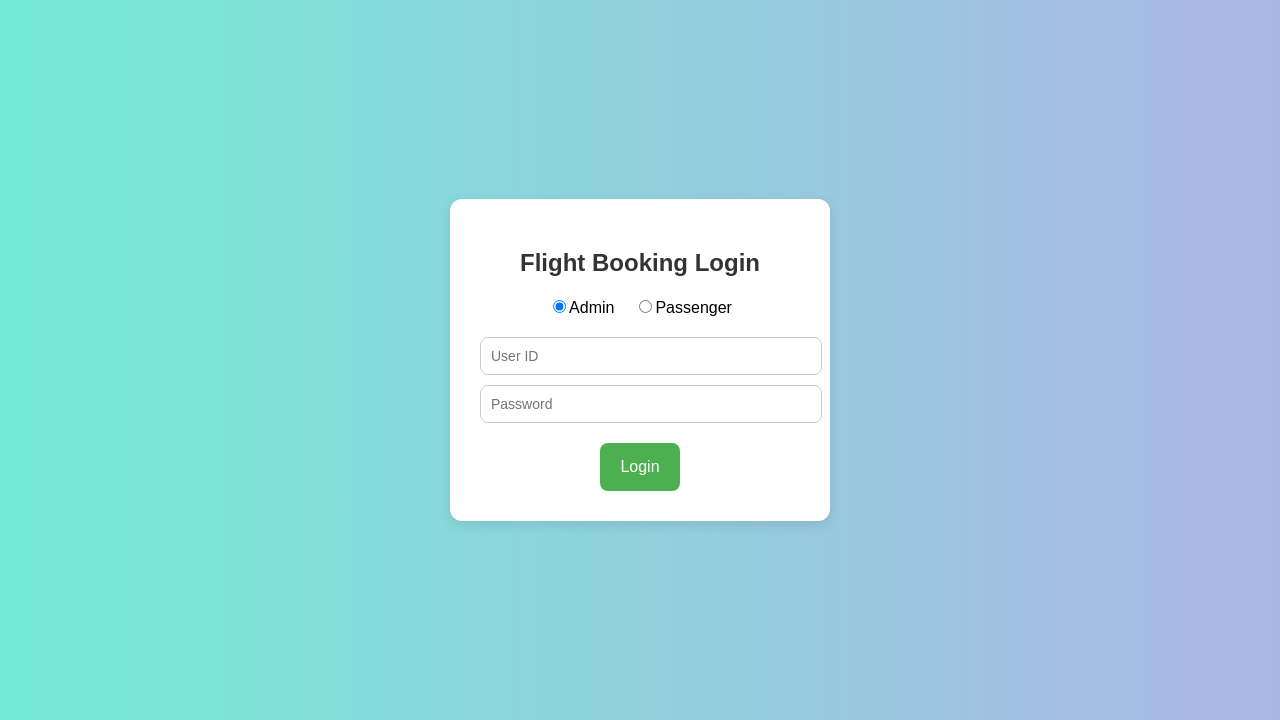
Repository: Shenes35/Booking-system
Page: / (app in frontend/)
The author's editor kept a copy of each file at every save. The page is drawn from the files as they stood at one save, then again after the next save.
The browser window is 1280 px wide. The pictures show the whole page.
The project was rebuilt for these pictures with package versions that can differ from the ones it lists, and the page was loaded fresh each time.

Above is the page before, as saved 2025-05-19 10:46:37.

### frontend/src/index.js
import React from 'react';
import ReactDOM from 'react-dom/client';
import './index.css';
import App from './App.jsx';       // ONLY one import of App
import reportWebVitals from './reportWebVitals';

const root = ReactDOM.createRoot(document.getElementById('root'));
root.render(
  <React.StrictMode>
    <App />
  </React.StrictMode>
);

reportWebVitals();

### frontend/src/App.jsx
import React, { useState } from 'react';
import LoginPage from './components/LoginPage';

const App = () => {
  const [userRole, setUserRole] = useState(null);

  if (!userRole) {
    return <LoginPage setUserRole={setUserRole} />;
  }

  return (
    <div>
      <h1>Welcome, {userRole}!</h1>
      {/* Add more UI or navigation here */}
    </div>
  );
};

export default App;

### frontend/src/components/LoginPage.jsx
import React, { useState } from 'react';

const LoginPage = ({ setUserRole }) => {
  const [role, setRole] = useState('admin');
  const [userId, setUserId] = useState('');
  const [password, setPassword] = useState('');

  const handleSubmit = (e) => {
    e.preventDefault();
    if (!userId || !password) {
      alert('Please enter User ID and Password');
      return;
    }
    setUserRole(role);
  };

  return (
    <div style={styles.container}>
      <div style={styles.card}>
        <h2 style={styles.title}>Flight Booking Login</h2>
        <form onSubmit={handleSubmit}>
            <div style={styles.roleSelection}>
            <label style={styles.radioLabel}>
                <input type="radio" value="admin" checked={role === 'admin'} onChange={() => setRole('admin')} />
                Admin
            </label>
            <label style={styles.radioLabel}>
                <input type="radio" value="passenger" checked={role === 'passenger'} onChange={() => setRole('passenger')} />
                Passenger
            </label>
            </div>
            <input
                type="text"
                placeholder="User ID"
                value={userId}
                onChange={(e) => setUserId(e.target.value)}
                style={styles.input}
            />
            <input
                type="password"
                placeholder="Password"
                value={password}
                onChange={(e) => setPassword(e.target.value)}
                style={styles.input}
            />
            <button type="submit" style={styles.button}>Login</button>
        </form>
        </div>
    </div>
  );
};
const styles = {
  container: {
    display: 'flex',
    justifyContent: 'center',
    alignItems: 'center',
    height: '100vh',
    background: 'linear-gradient(to right, #74ebd5, #ACB6E5)',
    fontFamily: 'Arial, sans-serif',
  },
  card: {
    padding: '30px',
    borderRadius: '12px',
    backgroundColor: '#ffffff',
    boxShadow: '0 4px 12px rgba(0, 0, 0, 0.1)',
    minWidth: '320px',
    textAlign: 'center',
  },
  title: {
    marginBottom: '20px',
    color: '#333',
  },
  roleSelection: {
    display: 'flex',
    justifyContent: 'center',
    gap: '20px',
    marginBottom: '20px',
  },
  radioLabel: {
    fontSize: '16px',
  },
  input: {
    display: 'block',
    width: '100%',
    padding: '10px',
    margin: '10px 0',
    border: '1px solid #ccc',
    borderRadius: '8px',
    fontSize: '14px',
  },
  button: {
    backgroundColor: '#4CAF50',
    color: '#ffff',
    padding: '15px 20px',
    border: 'none',
    borderRadius: '8px',
    cursor: 'pointer',
    fontSize: '16px',
    marginTop: '10px',
  },
};

export default LoginPage;

Loaded but not shown: frontend/public/index.html (common file); frontend/src/index.css (common file); frontend/src/reportWebVitals.js (common file)

After the next save:
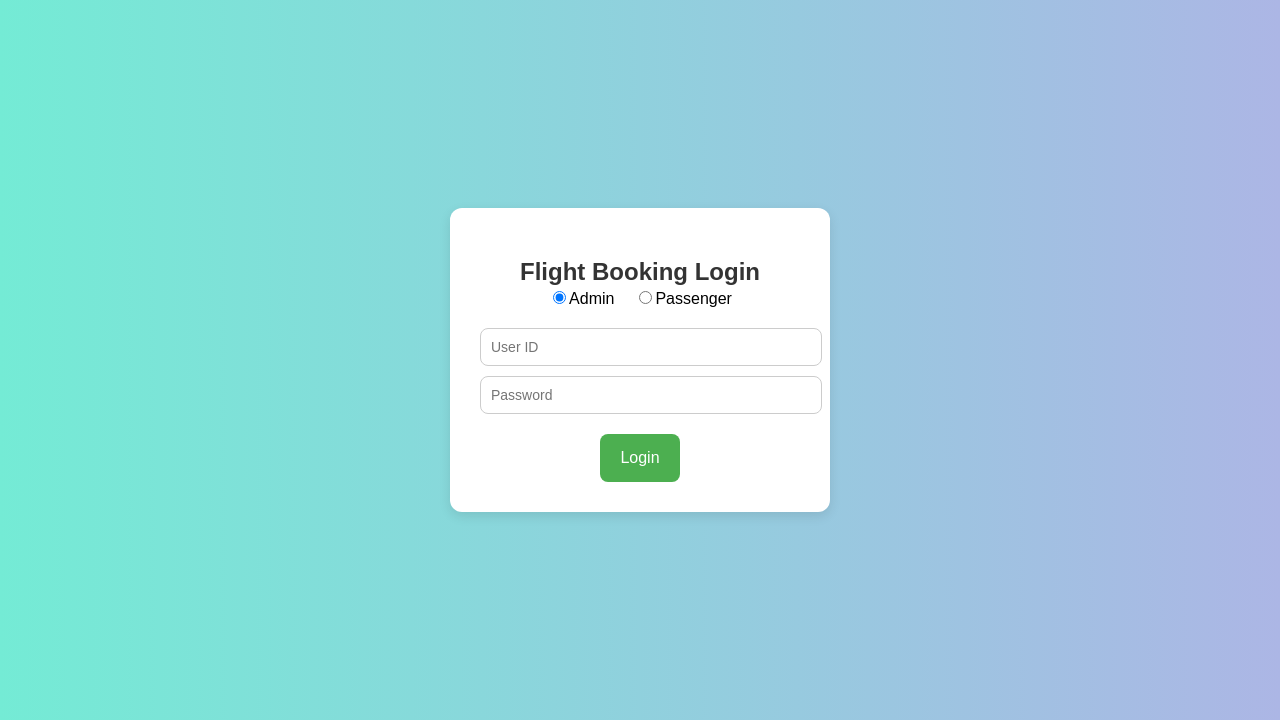
Saved 74 s later.
--- a/frontend/src/components/LoginPage.jsx
+++ b/frontend/src/components/LoginPage.jsx
@@ -67,7 +67,7 @@
     textAlign: 'center',
   },
   title: {
-    marginBottom: '20px',
+    marginBottom: '2px',
     color: '#333',
   },
   roleSelection: {

After the save that followed:
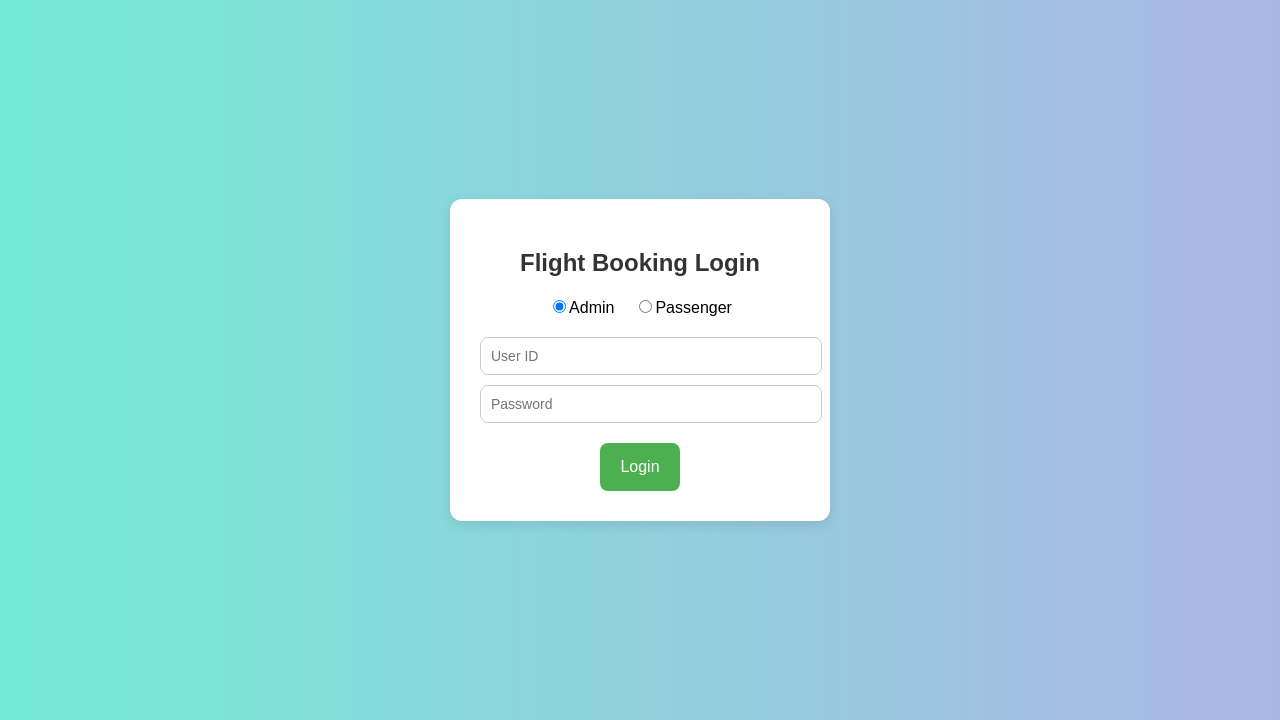
Saved 4 s later.
--- a/frontend/src/components/LoginPage.jsx
+++ b/frontend/src/components/LoginPage.jsx
@@ -67,7 +67,7 @@
     textAlign: 'center',
   },
   title: {
-    marginBottom: '2px',
+    marginBottom: '20px',
     color: '#333',
   },
   roleSelection: {
